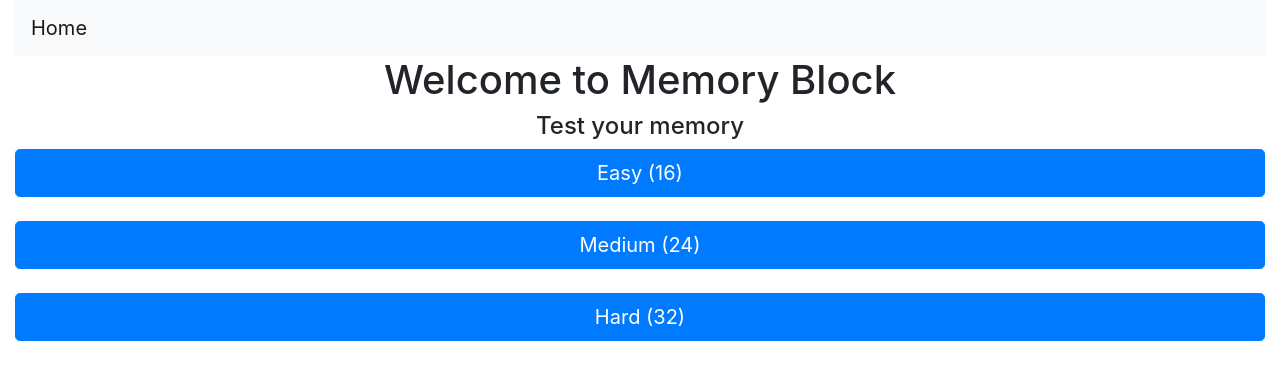
Repository: chrisrees85/memory-block
Page: index.html
The author's editor kept a record of every edit. The page is drawn from the files as they stood at one moment, then again after the next edit.
The browser window is 1280 px wide. The pictures show the whole page.

Above is the page before.
Console error: TypeError: Cannot set properties of null (setting 'innerHTML')

After the next edit:
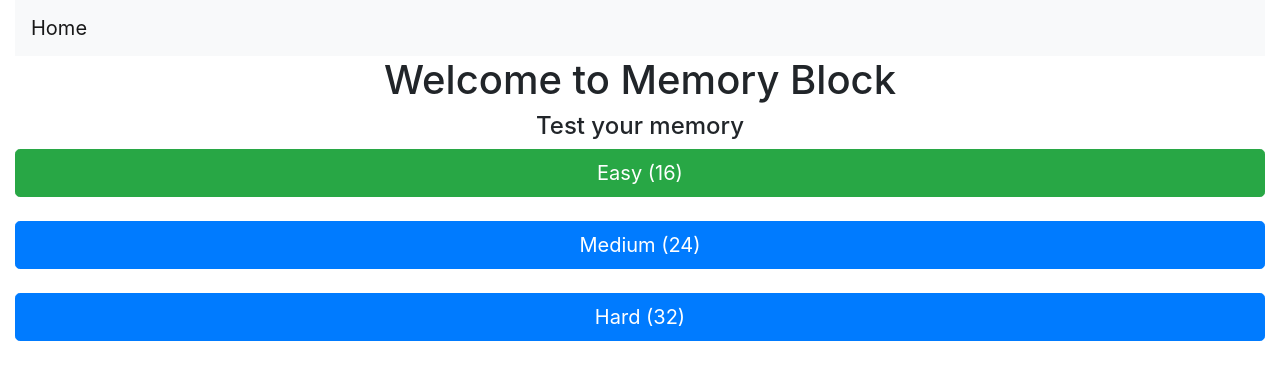
The edit:
--- a/index.html
+++ b/index.html
@@ -30,7 +30,7 @@
 
         <div class="row">
             <div class="col">
-                <a href="easy.html" class="btn btn-primary btn-lg btn-block center-btn" id="easy-btn">Easy (16)</a>
+                <a href="easy.html" class="btn btn-success btn-lg btn-block center-btn" id="easy-btn">Easy (16)</a>
             </div>
         </div>
         </br>
